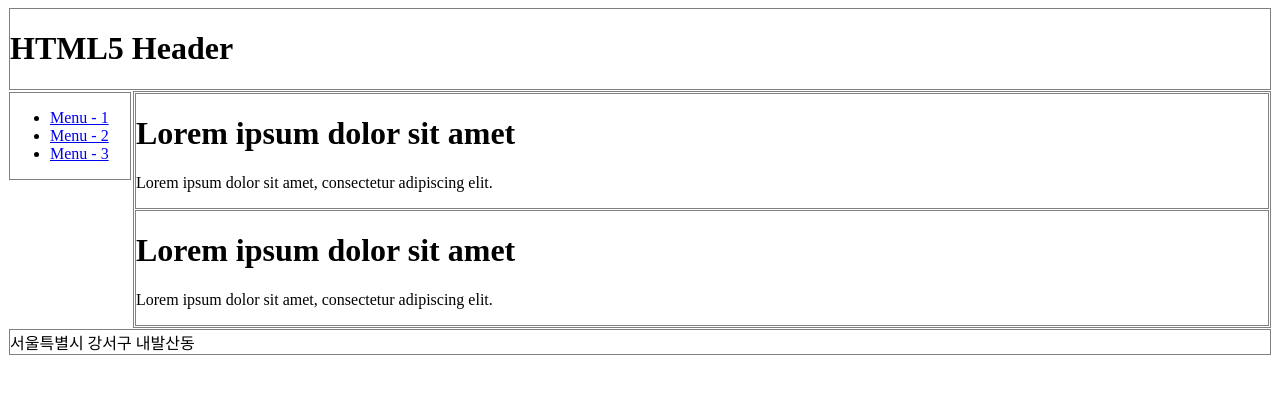
Repository: soso1525/bitcamp
Page: workspace/java-web/src/main/webapp/ch2/2-53.html
These files come from the project's save history. The page is drawn as it stood at one moment and after the next save; the edit follows.
The browser window is 1280 px wide. The pictures show the whole page.

Above is the page before, as saved 2017-12-12 08:09:09.

### workspace/java-web/src/main/webapp/ch2/2-53.html
<!DOCTYPE html>
<html>
<head>
    <title>HTML5 Basic</title>
    <style>
        div {
            border: 1px solid gray;
            margin: 1px
        }

        #sidebar {
            width: 120px;
            float: left;
        }

        #content {
            margin-left: 125px;
        }

    </style>
</head>
<body>
    <div id="header">
        <h1>HTML5 Header</h1>
    </div>
    <div id="sidebar">
        <ul>
            <li><a href="#">Menu - 1</a></li>
            <li><a href="#">Menu - 2</a></li>
            <li><a href="#">Menu - 3</a></li>
        </ul>
    </div>
    <div id="content">
        <div>
            <h1>Lorem ipsum dolor sit amet</h1>
            <p>Lorem ipsum dolor sit amet, consectetur adipiscing elit.</p>
        </div>
        <div>
            <h1>Lorem ipsum dolor sit amet</h1>
            <p>Lorem ipsum dolor sit amet, consectetur adipiscing elit.</p>
        </div>
    </div>
    <div id="footer">
        <span>서울특별시 강서구 내발산동</span>
    </div>
</body>
</html>

After the next save:
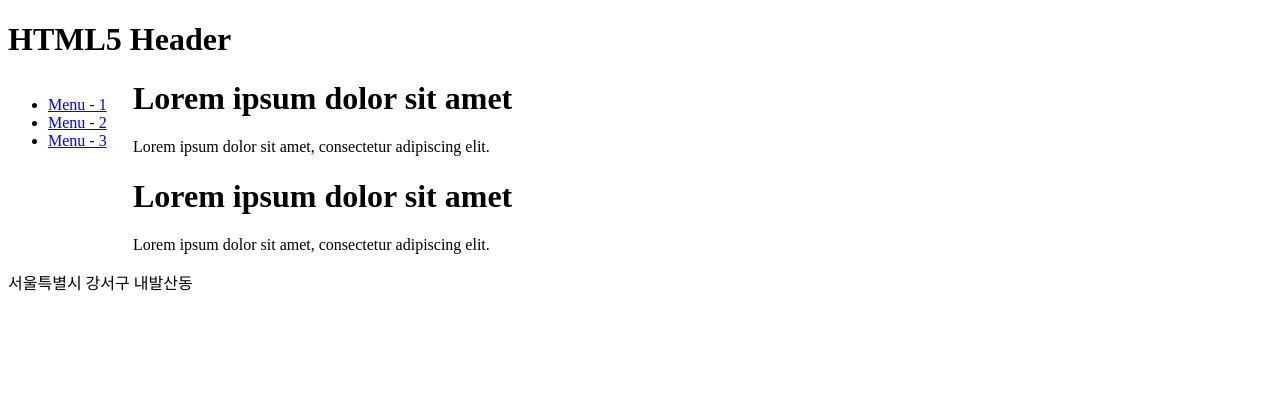
Saved 52 s later.
--- a/workspace/java-web/src/main/webapp/ch2/2-53.html
+++ b/workspace/java-web/src/main/webapp/ch2/2-53.html
@@ -4,8 +4,6 @@
     <title>HTML5 Basic</title>
     <style>
         div {
-            border: 1px solid gray;
-            margin: 1px
         }
 
         #sidebar {
